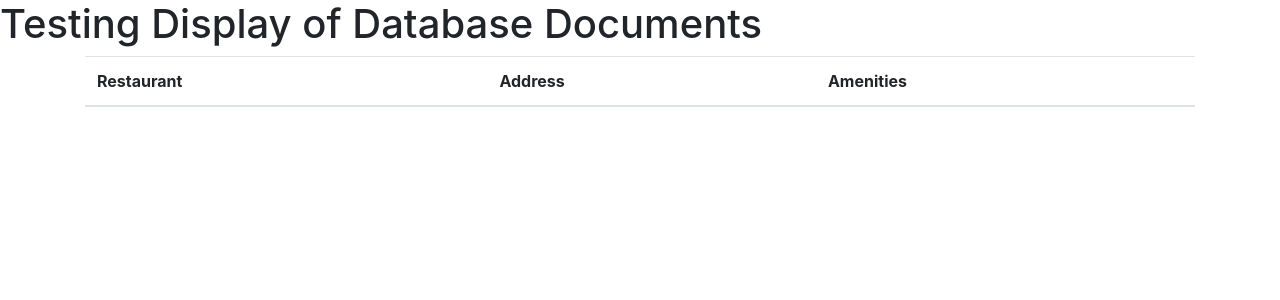
Repository: amcali/project-3
Page: http://localhost/
The author's editor kept a record of every edit. The page is drawn from the files as they stood at one moment, then again after the next edit.
The browser window is 1280 px wide. The pictures show the whole page.
The page is served by the project's application, run on Flask 3 (app.py).

Above is the page before.

### templates/index.template.html
<!doctype html>
<html lang="en">
  <head>
    <!-- Required meta tags -->
    <meta charset="utf-8">
    <meta name="viewport" content="width=device-width, initial-scale=1, shrink-to-fit=no">

    <!-- Bootstrap CSS -->
    <link rel="stylesheet" href="https://stackpath.bootstrapcdn.com/bootstrap/4.3.1/css/bootstrap.min.css" integrity="sha384-ggOyR0iXCbMQv3Xipma34MD+dH/1fQ784/j6cY/iJTQUOhcWr7x9JvoRxT2MZw1T" crossorigin="anonymous">

    <title>Hello, world!</title>
  </head>
  <body>
    <h1>Testing Display of Database Documents</h1>

    <div class="container">
        <table class='table'>
            <thead>
                <tr>
                    <th>Restaurant</th>

                    <th>Address</th>

                    <th>Amenities</th>
                </tr>
            </thead>
            {% for each_result in results %}
            <tr>
                <td>
                    {{ each_result["name"] }}
                </td>
                <td>
                    {{ each_result["address"]["country"] }}
                </td>
                <td>
                    {% for each_amentity in each_result['amenities'] %}
                    <span>{{each_amentity }}</span>,
                    {%endfor%}
                </td>
            </tr>
            {%endfor%}
        </table>



    </div>
    <!-- Optional JavaScript -->
    <!-- jQuery first, then Popper.js, then Bootstrap JS -->
    <script src="https://code.jquery.com/jquery-3.3.1.slim.min.js" integrity="sha384-q8i/X+965DzO0rT7abK41JStQIAqVgRVzpbzo5smXKp4YfRvH+8abtTE1Pi6jizo" crossorigin="anonymous"></script>
    <script src="https://cdnjs.cloudflare.com/ajax/libs/popper.js/1.14.7/umd/popper.min.js" integrity="sha384-UO2eT0CpHqdSJQ6hJty5KVphtPhzWj9WO1clHTMGa3JDZwrnQq4sF86dIHNDz0W1" crossorigin="anonymous"></script>
    <script src="https://stackpath.bootstrapcdn.com/bootstrap/4.3.1/js/bootstrap.min.js" integrity="sha384-JjSmVgyd0p3pXB1rRibZUAYoIIy6OrQ6VrjIEaFf/nJGzIxFDsf4x0xIM+B07jRM" crossorigin="anonymous"></script>
  </body>
</html>

### app.py
from flask import Flask, render_template, request, redirect, url_for
import pymongo
import os

app = Flask(__name__)

# Flask Routes Begin Here
@app.route('/')
def home():
    return render_template('index.template.html')

@app.route('/restaurants')
def restaurants():
    return render_template('restaurants.template.html')

@app.route('/add_restaurant')
def add_restaurant():
    return render_template('add-restaurant.template.html')


# 1. Retrieve the environment variables
MONGO_URI = os.getenv('MONGO_URI')
DATABASE_NAME = 'restaurant_reviews'

# 2. Create the connection
conn = pymongo.MongoClient(MONGO_URI)

# 3. Query
# doc = conn[DATABASE_NAME]["listingsAndReviews"].find({
#     'address.country':'Canada'
# }).limit(10)

# for d in doc:
#     print("Name:", d['name'])
#     print("Price: $", d['price'])
#     print('-------')

# "magic code" -- boilerplate
if __name__ == '__main__':
   app.run(host=os.environ.get('IP'),
           port=int(os.environ.get('PORT')),
           debug=True)

After the next edit:
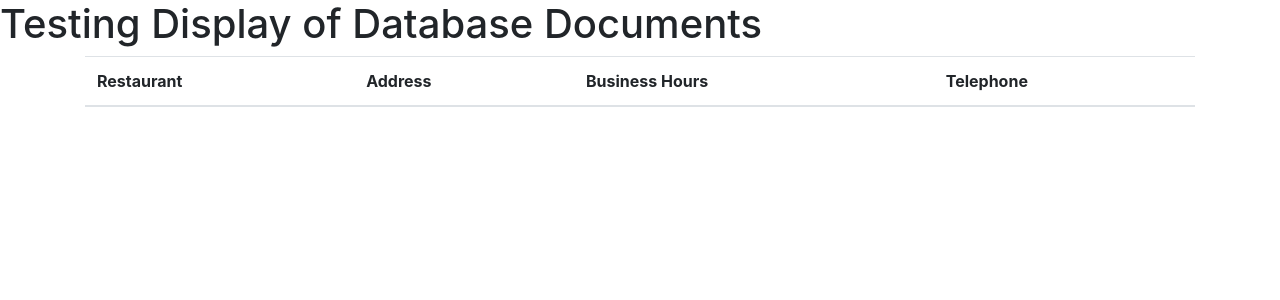
The edit:
--- a/templates/index.template.html
+++ b/templates/index.template.html
@@ -21,7 +21,9 @@
 
                     <th>Address</th>
 
-                    <th>Amenities</th>
+                    <th>Business Hours</th>
+
+                    <th>Telephone</th>
                 </tr>
             </thead>
             {% for each_result in results %}
